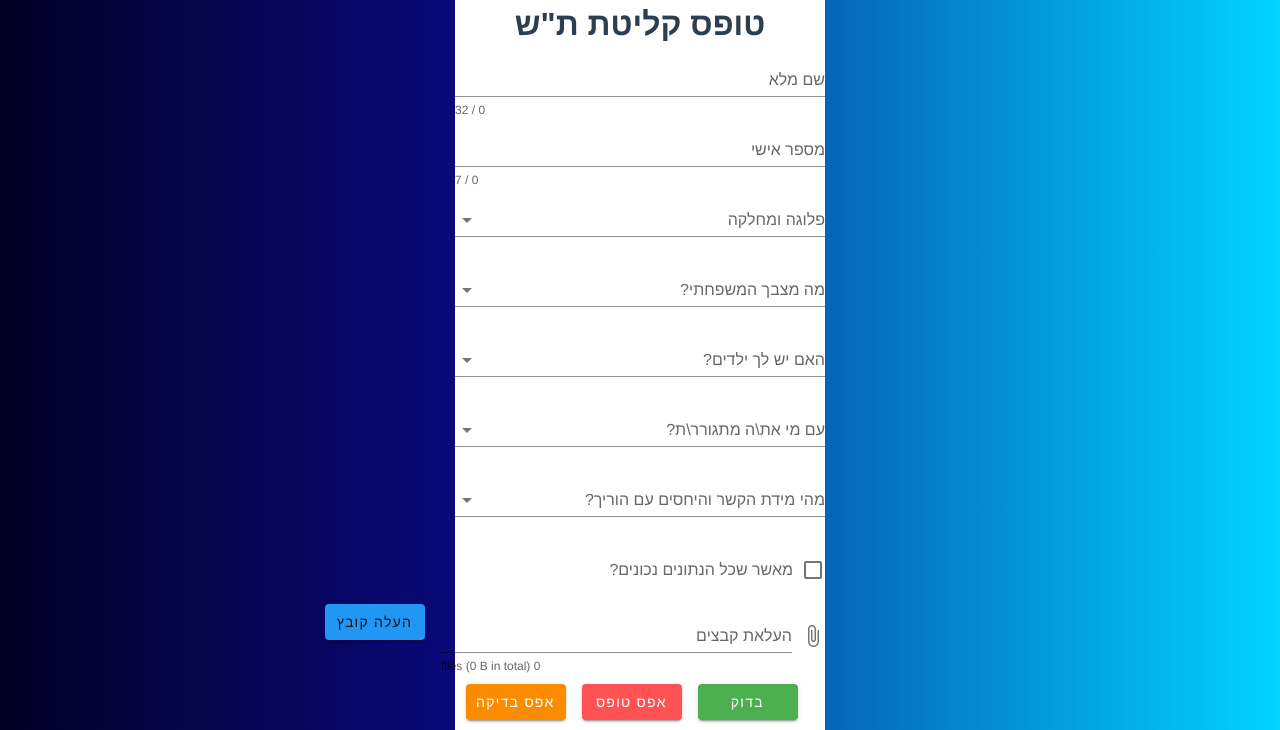
Repository: Natanhel/klitat-tash
Page: /
An editor plug-in stored every save of this project. The page is shown before and after a run of saves, followed by the edit.
The browser window is 1280 px wide. The pictures show the whole page.
The page's requests for data from a server got no answer. The project was rebuilt for these pictures with package versions that can differ from the ones it lists, and the page was loaded fresh each time. No one was signed in, and anything a server would have sent is missing. Also part of the build but not shown: vue.config.js.

Above is the page before, as saved 2020-12-01 18:04:14.

### src/App.vue
<template>
  <div id="app">
    <v-app>

      <h1>טופס קליטת ת"ש</h1>

      <v-form
        ref="form"
        v-model="valid"
        lazy-validation
      >
        <v-text-field
          v-model="name"
          :counter="32"
          :rules="nameRules"
          label="שם מלא"
          required
        ></v-text-field>

        <v-text-field
          v-model="pernr"
          :counter="7"
          :rules="pernrRules"
          label="מספר אישי"
          required
        ></v-text-field>

        <v-select
          v-model="select"
          :items="items"
          :rules="[v => !!v || 'נדרש להזין פלוגה ומחלקה']"
          label="פלוגה ומחלקה"
          required
        ></v-select>

        <v-select
          v-model="select"
          :items="familyItems"
          :rules="[v => !!v || 'נדרש להזין מצב משפחתי']"
          label="מה מצבך המשפחתי?"
          required
        ></v-select>

        <v-select
          v-model="select"
          :items="haveKidsItems"
          :rules="[v => !!v || 'נדרש להזין']"
          label="האם יש לך ילדים?"
          required
        ></v-select>

        <v-select
          v-model="select"
          :items="livingWithItems"
          :rules="[v => !!v || 'נדרש להזין']"
          label="עם מי את\ה מתגורר\ת?"
          required
        ></v-select>

        <v-select
          v-model="select"
          :items="parentsStatusItems"
          :rules="[v => !!v || 'נדרש להזין']"
          label="מהי מידת הקשר והיחסים עם הוריך?"
          required
        ></v-select>

        <v-checkbox
          v-model="checkbox"
          :rules="[v => !!v || 'עליך לאשר על מנת להמשיך!']"
          label="מאשר שכל הנתונים נכונים?"
          required
        ></v-checkbox>

      <div class="upload">

        <v-file-input v-model="files" show-size counter  chips label="העלאת קבצים"></v-file-input>

        <v-btn
          color="blue"
          class="mr-4"
          @click="uploadFile"
        >
          העלה קובץ
        </v-btn>
      </div>
      <div class="btn-group">
        <v-btn
          :disabled="!valid"
          color="success"
          class="mr-4"
          @click="validate"
        >
          בדוק
        </v-btn>

        <v-btn
          color="error"
          class="mr-4"
          @click="reset"
        >
          אפס טופס
        </v-btn>

        <v-btn
          color="warning"
          class="mr-4"
          @click="resetValidation"
        >
          אפס בדיקה
        </v-btn>
      </div>

      </v-form>
    </v-app>
  </div>
</template>

<script>
import axios from 'axios';

export default {
  name: 'App',
  mounted(){
    // login
    const data = JSON.stringify({"password":"passward","email":"natanhelp@gmail.com"});

    const config = {
      method: 'post',
      url: 'https://nat-task-manager.herokuapp.com/users/login',
      headers: {
        'Content-Type': 'application/json'
      },
      data : data
    };

    axios(config)
      .then((response) => {
        this.userToken = response.data.token
      })
      .catch((error) => {
        console.log(error);
      })
  },

  data: () => ({
    userToken: '',
    files: null,
    valid: true,
    name: '',
    nameRules: [
      v => !!v || 'נדרש להזין שם',
      v => !(v && v.length <= 4) || 'על השם להיות ארוך מ-4 תווים',
    ],
    pernr: '',
    pernrRules: [
      v => !!v || 'נדרש להזין מספר אישי',
      v => !(v.length !== 7) || 'על המספר להיות בדיוק 7 תווים'
    ],
    select: null,
    items: [
      'ו1',
      'ו2',
      'ו3',
      'ו4',
      'ו5',
    ],
    familyItems: [
      'רווק/ה',
      'נשוי/ה',
      'גרוש/ה'
    ],
    haveKidsItems: [
      'כן', 'לא'
    ],
    livingWithItems: [
      'מתוגרר/ת עם ההורים (אחד מהם לפחות)',
      'איני מתגורר/ת עם ההורים'
    ],
    parentsRelationsItems: [
      'בקשר עם שניהם ויחסים תקינים',
      'בקשר וביחסיפ תקינים (רק עם אחד מהם)',
      'בקשר עם שניהם/אחד מהם ומערכת יחסים רעועה',
      'לא בקשר בכלל'
    ],
    parentsStatusItems: [
      'נשואים',
      'גרושים',
      'פרודים',
      'אלמנ/ה',
      'רווק/ה'
    ],
    checkbox: false,
  }),
  methods: {
    validate () {
      this.$refs.form.validate()
    },
    reset () {
      this.$refs.form.reset()
    },
    resetValidation () {
      this.$refs.form.resetValidation()
    },
    async uploadFile() {
      var FormData = require('form-data');
      var data = new FormData();
      const buffer = await this.files.arrayBuffer()

      data.append('avatar', buffer)

      var config = {
        method: 'post',
        url: 'https://nat-task-manager.herokuapp.com/users/me/avatar',
        headers: {
          'Authorization': 'Bearer ' + this.userToken,
          ...data
        },
        data : data
      }

      axios(config)
      .then(function (response) {
        console.log(JSON.stringify(response.data));
      })
      .catch(function (error) {
        console.log(error);
      })
    }
  },
}
</script>

<style>
#app {
  font-family: Avenir, Helvetica, Arial, sans-serif;
  -webkit-font-smoothing: antialiased;
  -moz-osx-font-smoothing: grayscale;
  text-align: center;
  color: #2c3e50;
  margin-top: 60px;
}

form
{
  width: 370px;
}

#app
{
  padding: 0; margin: 0;
  display: flex;
  align-items: center;
  justify-content: center;
}

.v-btn
{
  width: 100px;
}

.btn-group{
  width: 100%;
  padding: 10px;
}

.upload
{
  display: flex;
  flex-direction: row;
  width: 500px;
}
*
{
  background: transparent;
}
html
{
  background: rgb(2,0,36);
  background: linear-gradient(90deg, rgba(2,0,36,1) 0%, rgba(9,9,121,1) 35%, rgba(0,212,255,1) 100%);

}
</style>

### src/plugins/vuetify.js
import Vue from 'vue';
import Vuetify from 'vuetify/lib';

Vue.use(Vuetify);

export default new Vuetify({
    rtl: true,
});

Loaded but not shown: public/index.html (common file); src/main.js (common file)

After the next 2 saves:
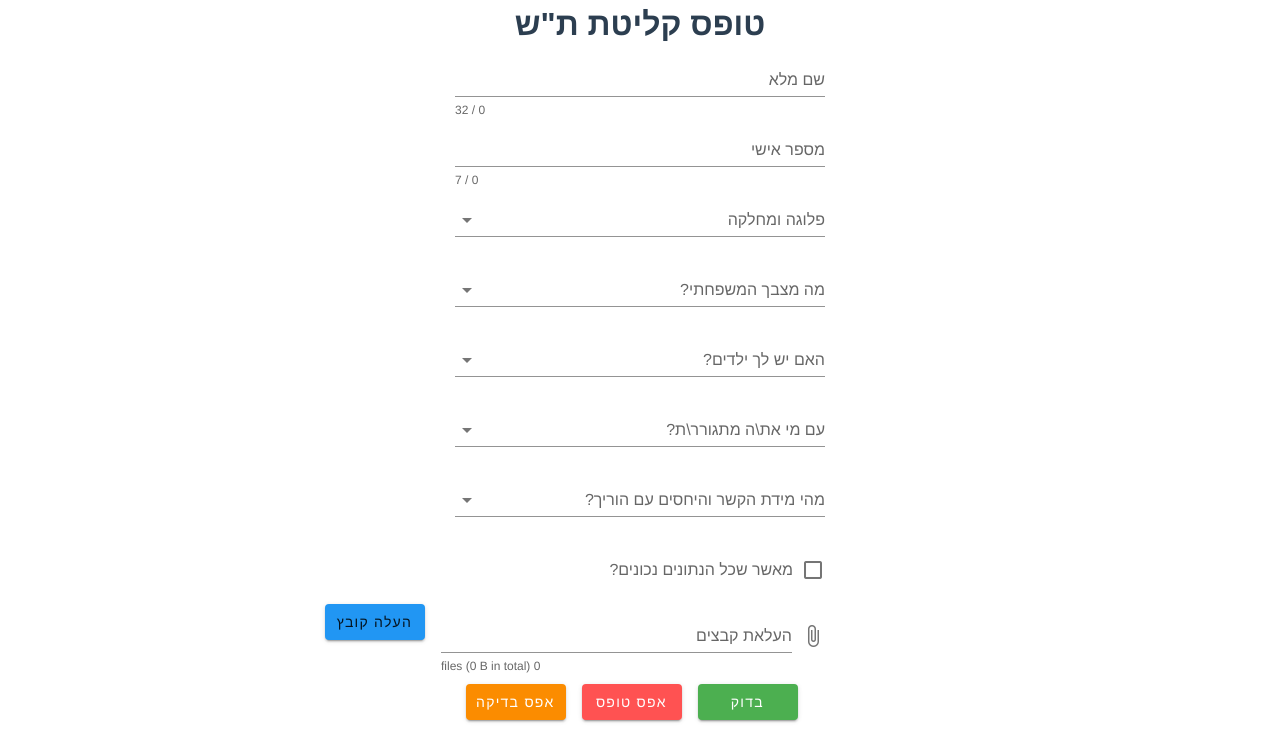
The 2 saves are shown as one change because they came seconds apart.
The last was saved 12 s later.
--- a/src/App.vue
+++ b/src/App.vue
@@ -272,7 +272,7 @@
 }
 *
 {
-  background: transparent;
+  background: transparent !important;
 }
 html
 {

After the save that followed:
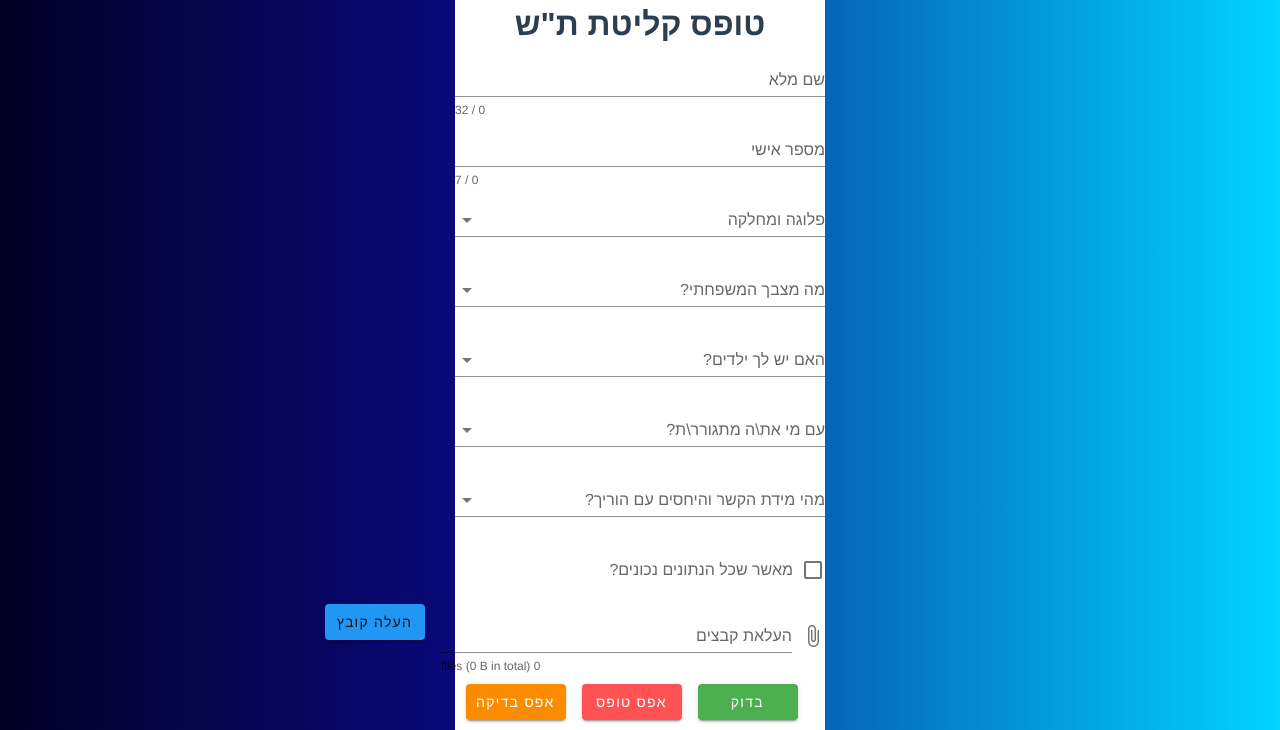
Saved 15 s later.
--- a/src/App.vue
+++ b/src/App.vue
@@ -270,10 +270,6 @@
   flex-direction: row;
   width: 500px;
 }
-*
-{
-  background: transparent !important;
-}
 html
 {
   background: rgb(2,0,36);
